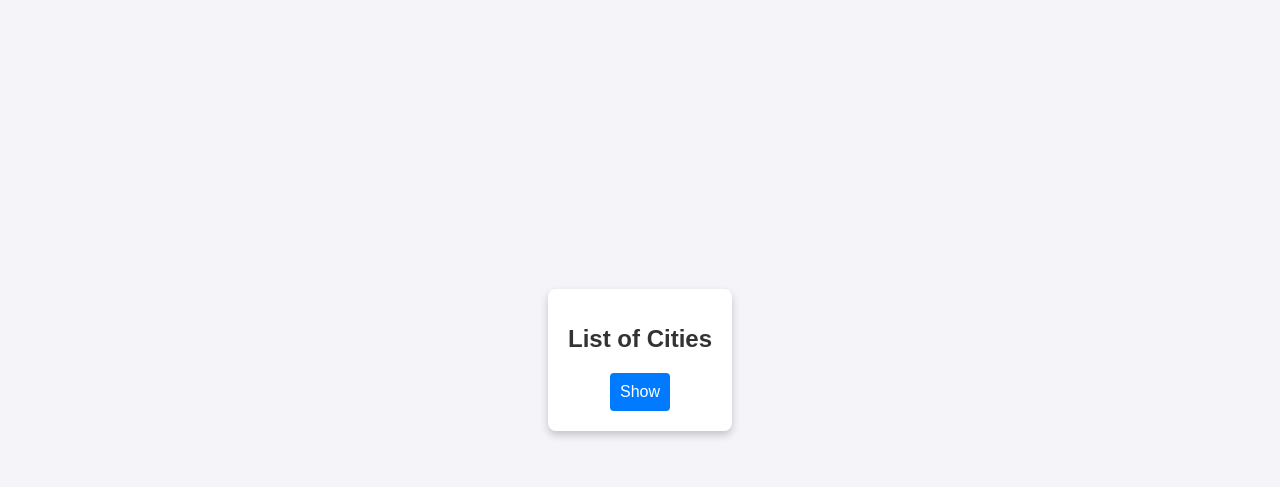
Repository: masonma21/city-list-app
Page: /
These files come from the project's save history. The page is drawn as it stood at one moment and after the next save; the edit follows.
The browser window is 1280 px wide. The pictures show the whole page.
The project was rebuilt for these pictures with package versions that can differ from the ones it lists, and the page was loaded fresh each time.

Above is the page before, as saved 2024-11-05 14:46:04.

### src/App.js
import React, { useState, useEffect } from 'react';
import './App.css';

function App() {
  const [cities, setCities] = useState([]);
  const [loading, setLoading] = useState(false);
  const [showCities, setShowCities] = useState(false); // New state to control showing cities
  const [query, setQuery] = useState('');
  const [sortKey, setSortKey] = useState('name');
  const [sortDirection, setSortDirection] = useState('ascending');

  // Function to handle button click to display cities
  const handleDisplayCities = () => {
    setLoading(true);
    setShowCities(false); // Ensure cities are hidden initially
    fetch('https://roots.thecompernolles.com/cities.json')
      .then((response) => response.json())
      .then((data) => {
        setCities(data);
        setTimeout(() => {
          setLoading(false);
          setShowCities(true); // Show cities after loading
        }, 500); // 0.5-second delay
      })
      .catch((error) => {
        console.error('Error fetching cities:', error);
        setLoading(false);
      });
  };

  const filteredCities = React.useMemo(() => {
    return cities.filter((city) => {
      return (
        city.name.toLowerCase().includes(query.toLowerCase()) ||
        city.state.toLowerCase().includes(query.toLowerCase())
      );
    });
  }, [cities, query]);

  const sortedCities = React.useMemo(() => {
    let sortableCities = [...filteredCities];
    sortableCities.sort((a, b) => {
      const aKey = a[sortKey].toLowerCase();
      const bKey = b[sortKey].toLowerCase();
      if (aKey < bKey) {
        return sortDirection === 'ascending' ? -1 : 1;
      }
      if (aKey > bKey) {
        return sortDirection === 'ascending' ? 1 : -1;
      }
      return 0;
    });
    return sortableCities;
  }, [filteredCities, sortKey, sortDirection]);

  if (loading) {
    return (
      <div className="loading-screen">
        <div className="spinner"></div>
        <h2>Loading cities...</h2>
      </div>
    );
  }

  return (
    <div className="container">
      <h1>List of Cities</h1>

      {/* Display Cities button */}
      {!showCities && (
        <button className="display-button" onClick={handleDisplayCities}>
          Show
        </button>
      )}

      {/* Cities list and controls */}
      {showCities && (
        <>
          <div className="controls">
            <input
              type="text"
              placeholder="Filter cities"
              value={query}
              onChange={(e) => setQuery(e.target.value)}
            />

            <div className="sort-key">
              <label>
                <input
                  type="radio"
                  value="name"
                  checked={sortKey === 'name'}
                  onChange={(e) => setSortKey(e.target.value)}
                />
                Name
              </label>
              <label>
                <input
                  type="radio"
                  value="state"
                  checked={sortKey === 'state'}
                  onChange={(e) => setSortKey(e.target.value)}
                />
                State
              </label>
            </div>

            <button onClick={() => setSortDirection(sortDirection === 'ascending' ? 'descending' : 'ascending')}>
              Sort {sortDirection === 'ascending' ? 'Descending' : 'Ascending'}
            </button>
          </div>

          <ul>
            {sortedCities.map((city) => (
              <li key={city.id}>
                {city.name}, {city.state}
              </li>
            ))}
          </ul>
        </>
      )}
    </div>
  );
}

export default App;

### src/App.css
/* App.css */

body {
  font-family: Arial, sans-serif;
  background-color: #f4f4f9;
  margin: 0;
  display: flex;
  align-items: center;
  justify-content: center;
  height: 100vh;
}

.container {
  max-width: 400px;
  background-color: #ffffff;
  border-radius: 8px;
  box-shadow: 0 4px 8px rgba(0, 0, 0, 0.2);
  padding: 20px;
  text-align: center;
}

h1 {
  font-size: 24px;
  color: #333333;
  margin-bottom: 20px;
}

.controls {
  display: flex;
  flex-direction: column;
  gap: 10px;
  margin-bottom: 20px;
}

input[type="text"] {
  width: 100%;
  padding: 8px 12px;
  font-size: 16px;
  border: 1px solid #ccc;
  border-radius: 4px;
  box-sizing: border-box;
}

.sort-key {
  display: flex;
  justify-content: center;
  gap: 10px;
}

.sort-key label {
  font-size: 16px;
  color: #555555;
}

.sort-key input[type="radio"] {
  margin-right: 5px;
}

button {
  padding: 10px;
  font-size: 16px;
  color: #ffffff;
  background-color: #007bff;
  border: none;
  border-radius: 4px;
  cursor: pointer;
  transition: background-color 0.3s ease;
}

button:hover {
  background-color: #0056b3;
}

ul {
  list-style-type: none;
  padding: 0;
}

li {
  font-size: 18px;
  color: #333333;
  padding: 8px 0;
  border-bottom: 1px solid #eee;
}

li:last-child {
  border-bottom: none;
}

Loaded but not shown: public/index.html (common file); src/index.js (common file); src/index.css (common file); src/reportWebVitals.js (common file)

After the next save:
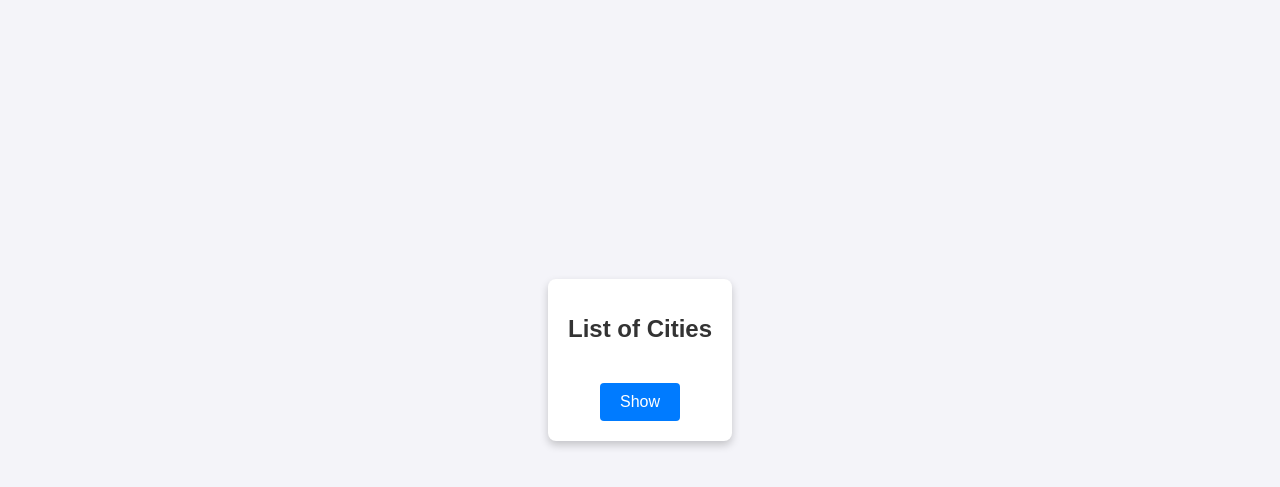
Saved 79 s later.
--- a/src/App.css
+++ b/src/App.css
@@ -86,3 +86,19 @@ li {
 li:last-child {
   border-bottom: none;
 }
+
+.display-button {
+  padding: 10px 20px;
+  font-size: 16px;
+  color: #ffffff;
+  background-color: #007bff;
+  border: none;
+  border-radius: 4px;
+  cursor: pointer;
+  transition: background-color 0.3s ease;
+  margin-top: 20px;
+}
+
+.display-button:hover {
+  background-color: #0056b3;
+}
